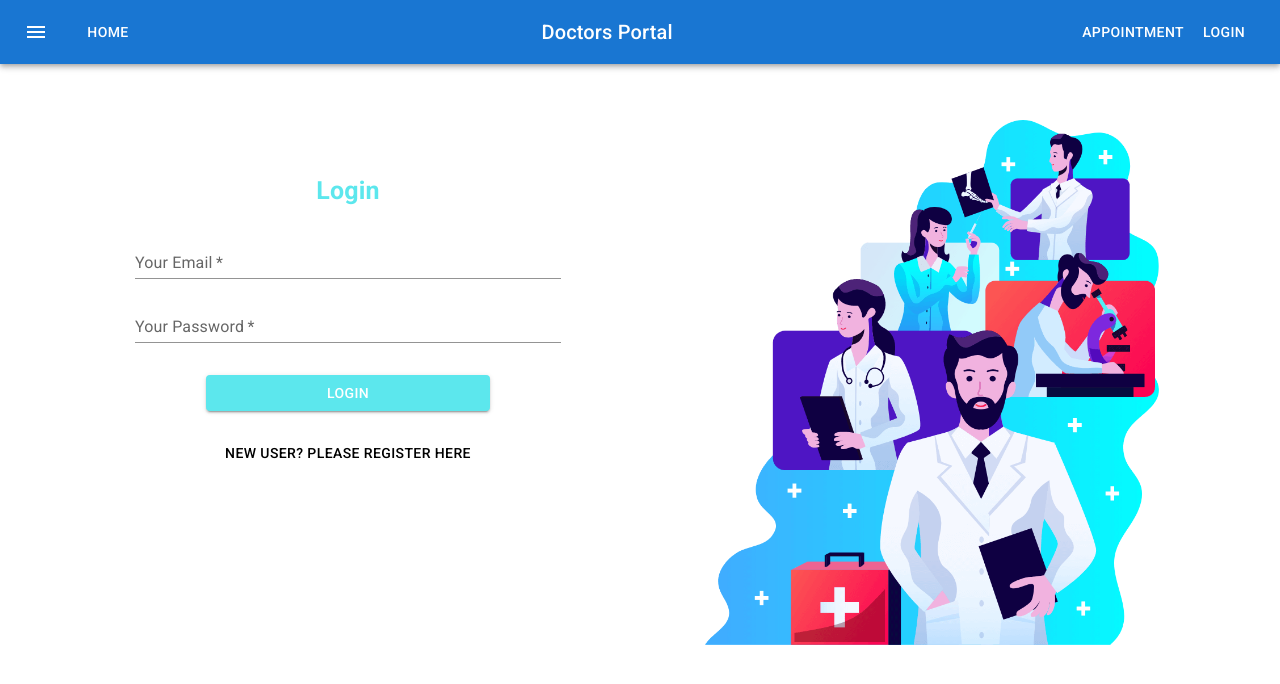
Repository: Sharif-00112/doctors-portal-client
Page: /login
These files come from the project's save history. The page is drawn as it stood at one moment and after the next save; the edit follows.
The browser window is 1280 px wide. The pictures show the whole page.
The project was rebuilt for these pictures with package versions that can differ from the ones it lists, and the page was loaded fresh each time. Also part of the build but not shown: src/Pages/Shared/Footer/Footer.js, src/Pages/Home/AppointmentBanner/AppointmentBanner.js, src/Pages/Home/Banner/Banner.js, src/Pages/Home/Contact/Contact.js, src/Pages/Home/Service/Service.js, src/Pages/Home/Services/Services.js, src/Pages/Home/Story/Story.js, src/Pages/Home/Home/Home.js and 7 more. Imported but missing from the stored project, and not drawn on this page: src/hooks/useTitle.

Above is the page before, as saved 2022-11-07 14:07:22.

After the next save:
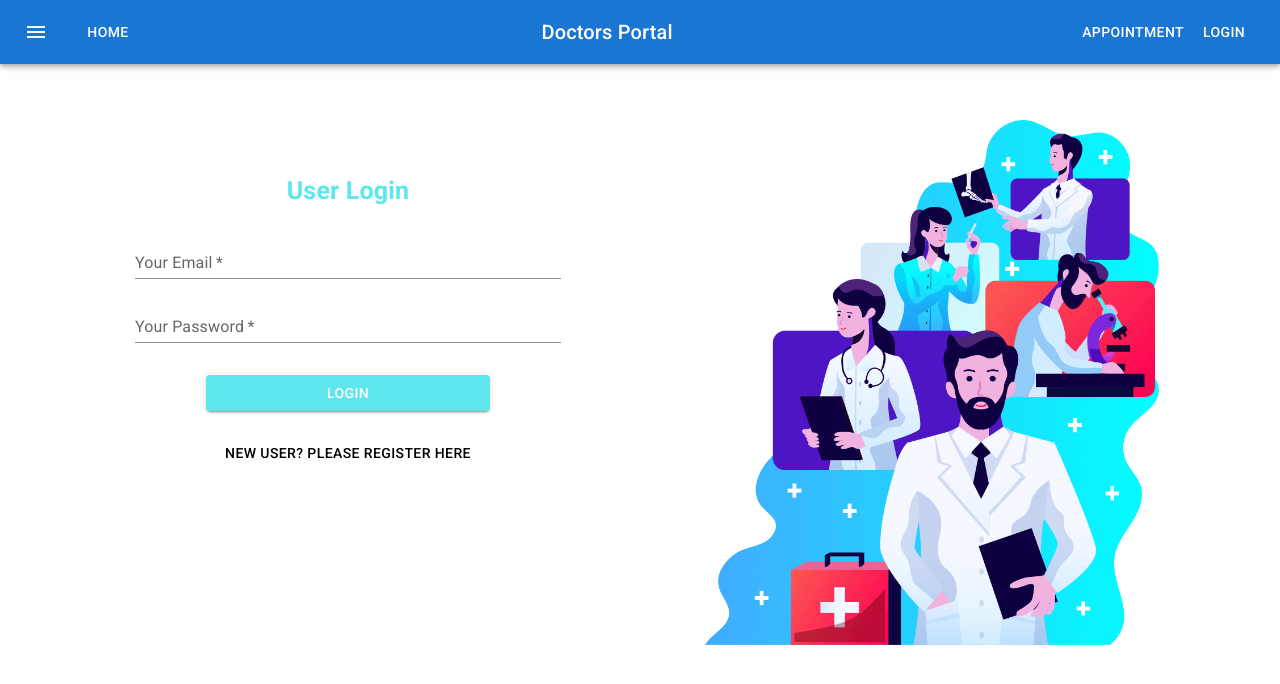
Saved 10 s later.
--- a/src/Pages/Login/Login/Login.js
+++ b/src/Pages/Login/Login/Login.js
@@ -33,7 +33,7 @@ const Login = () => {
                     <Grid container spacing={2}>
                         <Grid sx={{ mt:5 }} xs={12} md={6}>
                             <Typography sx={{ my:2, fontSize: 25, fontWeight: 600 }} style={{color: '#5CE7ED'}} variant="h4" component="div">
-                                Login
+                                User Login
                             </Typography>
                             <form onSubmit={ handleLoginSubmit }>
                                 <TextField
